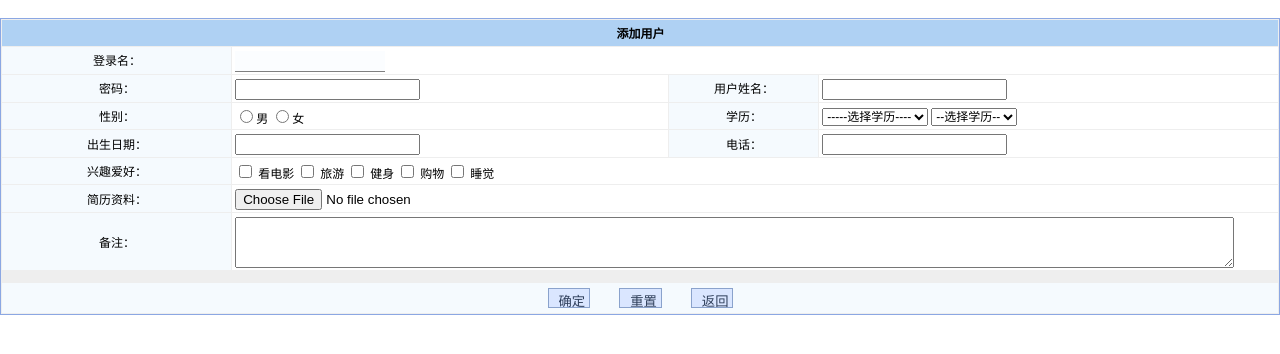
Repository: hermione-20/MyGitProjectRemote
Page: http://localhost/day28_01struts2final/user/add.jsp
An editor plug-in stored every save of this project. The page is shown before and after the next save, followed by the edit.
The browser window is 1280 px wide. The pictures show the whole page.
The page is served by Tomcat 9.

Above is the page before, as saved 2020-05-13 00:56:53.

After the next save:
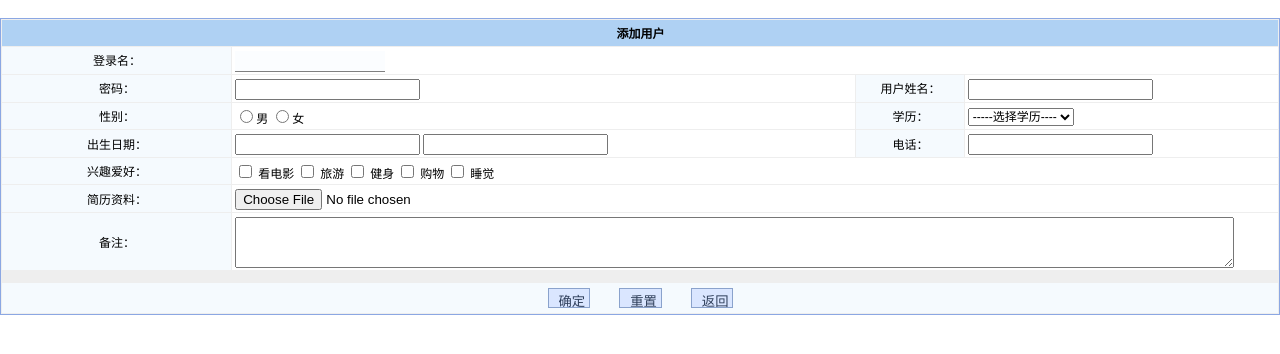
Saved 4 min 36 s later.
--- a/day28_01struts2final/WebContent/user/add.jsp
+++ b/day28_01struts2final/WebContent/user/add.jsp
@@ -65,19 +65,6 @@
 					</td>
 					<td class="ta_01" bgColor="#ffffff">
 					<s:select name="education" list="{'研究生','本科','专科','高中','初中'}" headerKey="" headerValue="-----选择学历----"></s:select>
-
-						<select name="education" id="education">
-						    <option value=""
-						    selected="selected"
-						    >--选择学历--</option>
-						    <option value="博士">博士</option>
-						    <option value="硕士">硕士</option>
-						    <option value="研究生">研究生</option>
-						    <option value="本科">本科</option>
-						    <option value="专科">专科</option>
-						    <option value="高中">高中</option>
-						</select>
-
 					</td>
 				</tr>
 				<tr>
@@ -85,6 +72,7 @@
 						出生日期：
 					</td>
 					<td class="ta_01" bgColor="#ffffff">
+					<s:textfield name="birthday" size="20" readonly="readonly" id="birthday"></s:textfield>
 						<input type="text" name="birthday" size="20" value="" readonly="readonly" id="birthday"/>
 					</td>
 					<td align="center" bgColor="#f5fafe" class="ta_01">
